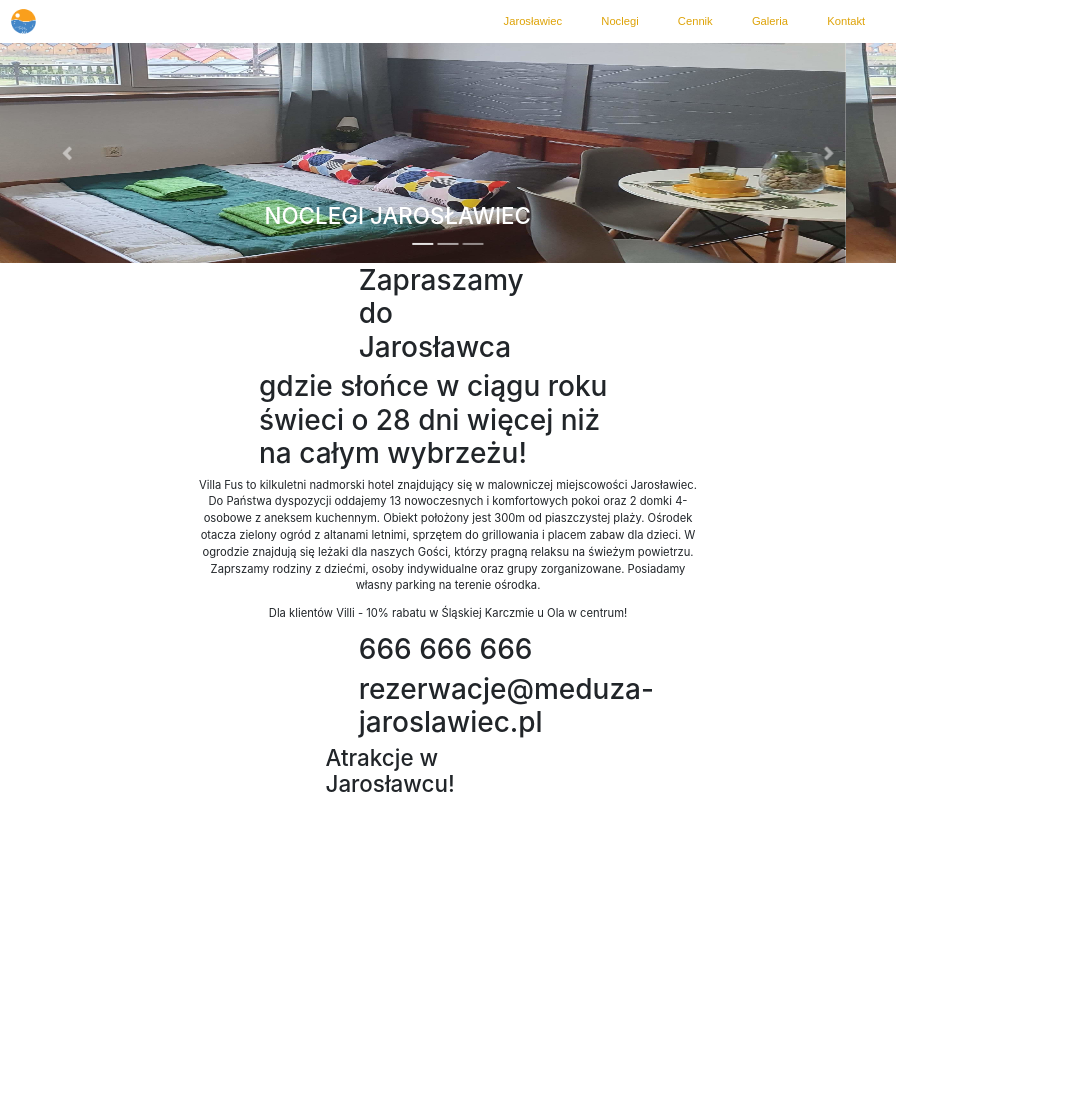
Repository: ArturDr/meduza_jaroslawiec
Page: http://localhost/
These files come from the project's save history. The page is drawn as it stood at one moment and after the next save; the edit follows.
The browser window is 1280 px wide. The page is 1547 px wide, so the pictures cover 1547 px, including what lies to the right of the window. The pictures show the part of the page from y = 0 to 1600 px (the page is 2720 px tall before and 3045 px after), at 70% of full size.
The page is run by PHP 8.4 with error messages shown; the project is at /var/www/html/.

Above is the page before, as saved 2020-06-01 21:48:52.
Console error: ReferenceError: baguetteBox is not defined

After the next save:
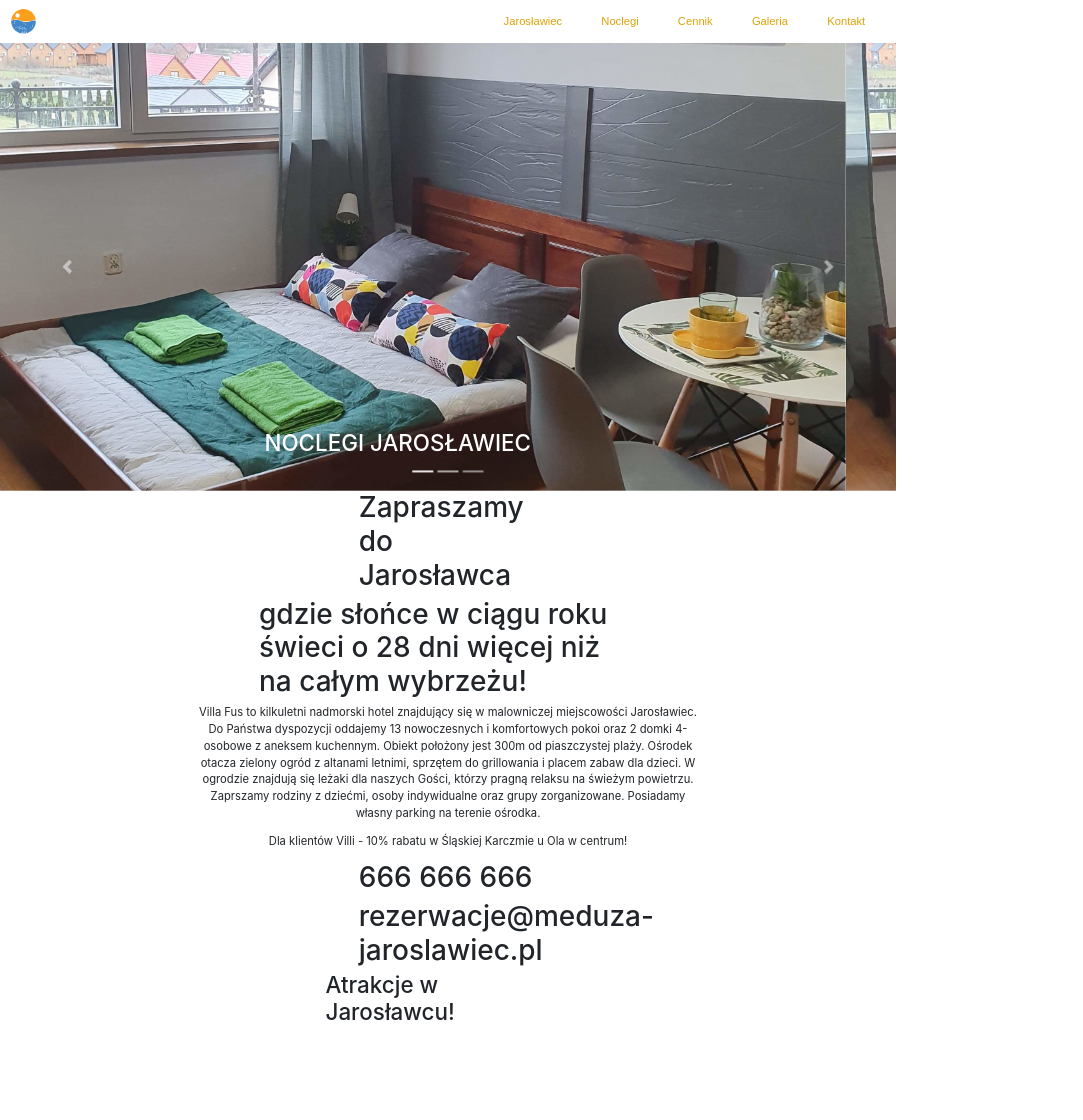
Saved 3 min 6 s later.
--- a/medjar/includes/navbar.php
+++ b/medjar/includes/navbar.php
@@ -30,19 +30,19 @@
             </ol>
         <div class="carousel-inner">
             <div class="carousel-item active">
-                <img src="images/slide11.jpeg" height="315px" width="100%" class="d-block w-100" alt="...">
+                <img src="images/slide11.jpeg" height="100%" width="100%" class="d-block w-100" alt="...">
                 <div class="carousel-caption d-none d-md-block">
                     <h2>NOCLEGI JAROSŁAWIEC</h2>
                 </div>
             </div>
             <div class="carousel-item">
-                <img src="images/slide11.jpeg" height="315px" width="100%" class="d-block w-100" alt="...">
+                <img src="images/slide11.jpeg" height="100%" width="100%" class="d-block w-100" alt="...">
                 <div class="carousel-caption d-none d-md-block">
                     <h2>NOCLEGI JAROSŁAWIEC</h2>
                 </div>
             </div>
             <div class="carousel-item">
-                <img src="images/slide11.jpeg" height="315px" width="100%" class="d-block w-100" alt="..." >
+                <img src="images/slide11.jpeg" height="100%" width="100%" class="d-block w-100" alt="..." >
                 <div class="carousel-caption d-none d-md-block">
                     <h2>NOCLEGI JAROSŁAWIEC</h2>
                 </div>
--- a/medjar/css/style.css
+++ b/medjar/css/style.css
@@ -8,9 +8,6 @@
     margin: 0 20px;
 }
 
-#carouselGallery {
-    height: 315px;
-}
 
 #jsec2 {
     background-color: red;
